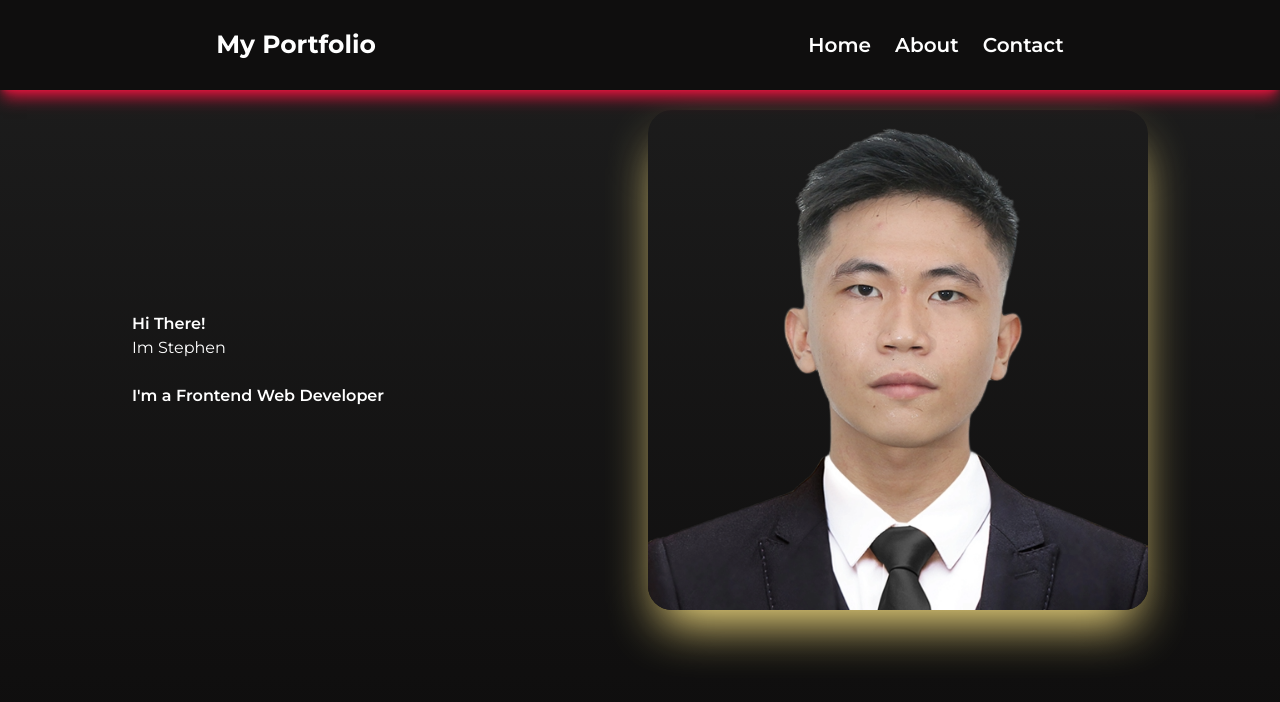
Repository: KaguyaKawaii/portfolio
Page: / (app in frontend/)
An editor plug-in stored every save of this project. The page is shown before and after the next save, followed by the edit.
The browser window is 1280 px wide. The pictures show the whole page.
The project was rebuilt for these pictures with package versions that can differ from the ones it lists, and the page was loaded fresh each time. Also part of the build but not shown: frontend/vite.config.js.

Above is the page before, as saved 2025-10-27 23:54:35.

After the next save:
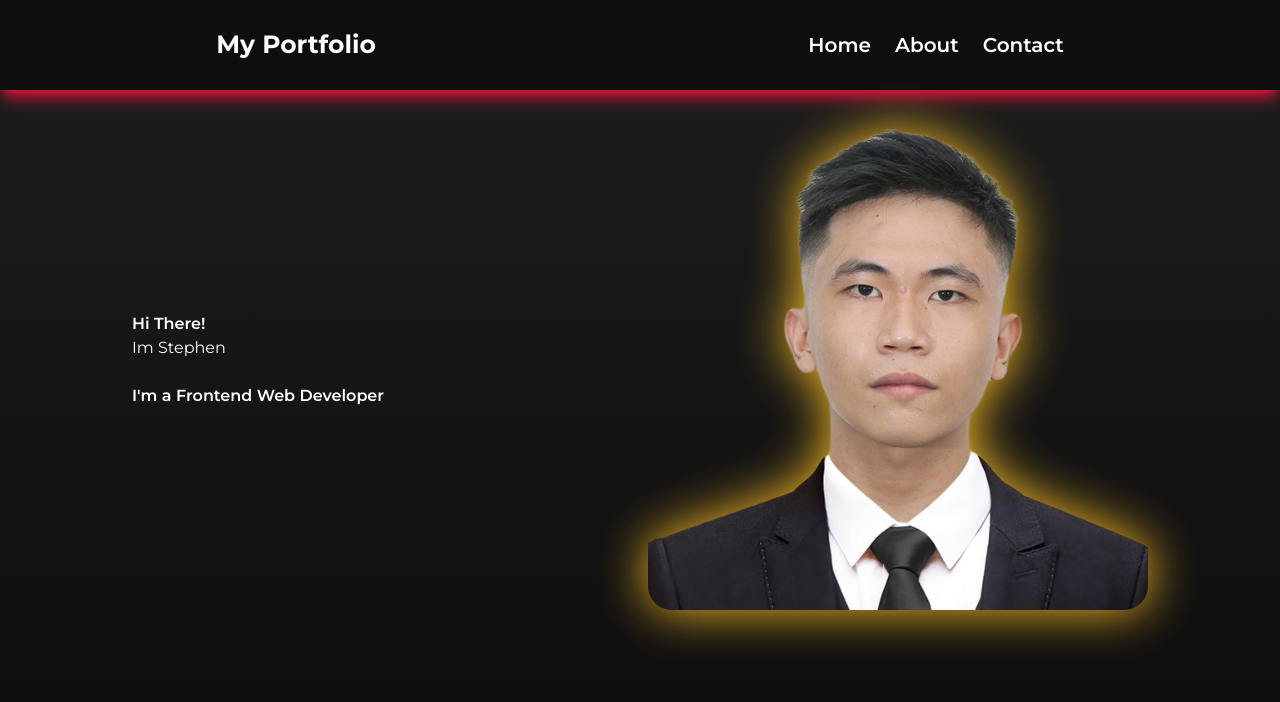
Saved 46 s later.
--- a/frontend/src/App.jsx
+++ b/frontend/src/App.jsx
@@ -29,8 +29,11 @@
           </div>
 
           <div>
-            <img src={pic} alt="profile" className='w-[500px] h-[500px] rounded-3xl shadow-2xl shadow-amber-200  object-cover' />
-          </div>
+<img
+  src={pic}
+  alt="profile"
+  className="w-[500px] h-[500px] rounded-3xl object-cover drop-shadow-[0_0_25px_#fbbf24]"
+/>          </div>
         </div>
       </body>
     </>
